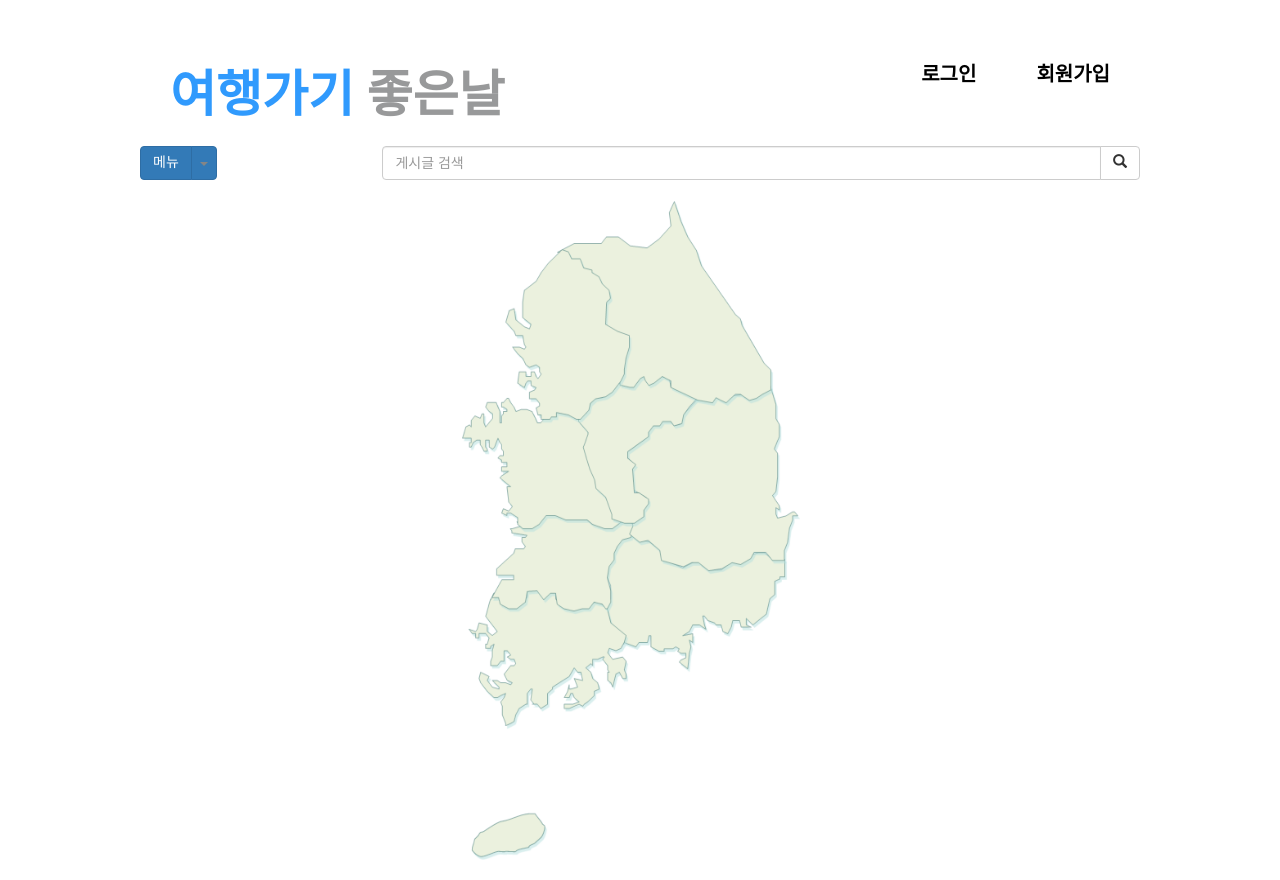
Repository: Hotmintchoco/teamProject1
Page: http://localhost/tripProject/mypage.jsp
These files come from the project's save history. The page is drawn as it stood at one moment and after the next save; the edit follows.
The browser window is 1280 px wide. The pictures show the whole page.
Some web fonts or font styles are not loaded; a fallback is used. The page is served by Tomcat 9. Nobody is signed in. The application's start-up code is not run. Other server files are loaded and not shown.

Above is the page before, as saved 2022-07-02 11:39:59.

### tripProject/src/main/webapp/mypage.jsp
<%@ page language="java" contentType="text/html; charset=UTF-8"
    pageEncoding="UTF-8"%>
<!DOCTYPE html>
<html>
<head>
<meta charset="UTF-8">
    <meta name="viewport" content="width=device-width, initial-scale=1.0">
    <title>여행가기 좋은날</title>
    <link rel="preconnect" href="https://fonts.googleapis.com">
	<link rel="preconnect" href="https://fonts.gstatic.com" crossorigin>
	<link href="https://fonts.googleapis.com/css2?family=Gugi&display=swap" rel="stylesheet">
    <link rel="stylesheet" href="fontawesome/css/all.min.css"> <!-- https://fontawesome.com/ -->
    <link rel="stylesheet" href="css/magnific-popup.css">
    <link rel="stylesheet" href="css/templatemo-ocean-vibes.css">
    <link rel="stylesheet" href="https://maxcdn.bootstrapcdn.com/bootstrap/3.4.1/css/bootstrap.min.css">
    <script src="https://ajax.googleapis.com/ajax/libs/jquery/3.6.0/jquery.min.js"></script>
  	<script src="https://maxcdn.bootstrapcdn.com/bootstrap/3.4.1/js/bootstrap.min.js"></script>

    <style>
    	* {font-family: 'Gugi', cursive}
        ul,ol.li {list-style: none; margin: 0; padding: 0;}
        nav {width: 1000px; height: 50px; margin:0 auto;}
	    nav > ul > li > a {float: right; color: black; font-size: 20px;
            text-decoration: none; margin: 0px 30px 0 30px;
            font-weight: bold;}
        #slider {width: 1000px; height: 700px; margin: 0 auto;}
        #slider > img {margin-left: 250px;}
        .tm-mt-0 {float: left; font-size: 50px;}
        #menubar {width: 1000px; margin: 0 auto;}
    </style>
</head>
<body>
    <header class="tm-site-header">
        <div>
            <nav>
                <ul>
                    <li><a href="#">회원가입</a></li>
                    <li><a href="#">로그인</a></li>
                    <li><a href="mypage.jsp" class="tm-mt-0 tm-mb-15"><span class="tm-color-primary">여행가기</span> <span class="tm-color-gray-2">좋은날</span></a></li>
                </ul>
            </nav>
        </div>
    </header>
    <div id="menubar">
		<table style="width: 100%;">
			<tbody>
				<tr style="width: 100%;">
					<td style="width: 24%;">
						<div class="btn-group">
							<button type="button" class="btn btn-primary">메뉴</button>
							<button type="button" class="btn btn-primary dropdown-toggle"
								data-toggle="dropdown">
								<span class="caret"></span>
							</button>
							<ul class="dropdown-menu" role="menu">
								<li><a href="#">코스</a></li>
								<li><a href="#">축제</a></li>
								<li><a href="#">이벤트</a></li>
							</ul>
						</div>
					</td>
					<td style="width: 75%;">
					<form action="memberForm.jsp">
						<div class="input-group">
							<input type="text" class="form-control" name="search"
								placeholder="게시글 검색">
							<div class="input-group-btn">
								<button class="btn btn-default" type="submit">
									<i class="glyphicon glyphicon-search"></i>
								</button>
							</div>
						</div>
					</form>
					</td>
				</tr>
			</tbody>
		</table>
    </div>

	<div id="slider">
        <img src="img/koreaMap2.png" alt="Map" width="450px" height="700px">
    </div>

    <script src="js/jquery-3.4.1.min.js"></script>
    <script src="js/imagesloaded.pkgd.min.js"></script>
    <script src="js/isotope.pkgd.min.js"></script>
    <script src="js/jquery.magnific-popup.min.js"></script>
    <script src="js/templatemo-script.js"></script>
</body>
</html>

### tripProject/src/main/webapp/css/templatemo-ocean-vibes.css
/*

TemplateMo 554 Ocean Vibes

https://templatemo.com/tm-554-ocean-vibes

*/

html { overflow-x: hidden; }

body {
    font-family: 'Source Sans Pro', sans-serif;
    font-size: 19px;
    line-height: 1.8em;
    overflow-x: hidden;
}

p, span, em, a, address { color: #848586; }
h2, p {
    margin-top: 0;
}

a:hover, a.active { color: #309AFD; }

.tm-btn {
    padding: 10px 40px;
    color: white;
    background-color: #3299CD;
    display: inline-block;
    border: none;
    cursor: pointer;
    font-size: 1.2rem;
    transition: all 0.3s ease;
}

button.tm-btn {
    padding: 15px 40px;
}

.tm-btn:hover {
    color: white;
    background-color: #49b4e9;
}

h1 { font-size: 3rem; }
em { display: block; }
div { box-sizing: border-box;}
.tm-mt-35 { margin-top: 35px; }
.tm-mb-0 { margin-bottom: 0; }
.tm-mb-15 { margin-bottom: 15px; }
.tm-mb-30 { margin-bottom: 30px; }
.tm-mb-40 { margin-bottom: 40px; }
.tm-mb-50 { margin-bottom: 50px; }
.tm-mb-80 { margin-bottom: 80px; }
.tm-text-center { text-align: center; }
.tm-text-right { text-align: right; }
.tm-color-primary { color: #309AFD; }
.tm-color-gray { color: #666768; }
.tm-color-gray-2 { color: #98999A; }
.tm-color-light-gray { color: #9E9FA0; }
.tm-bg-white { background-color: #FFF; }
.tm-bg-gray { background-color: #F1F2F3; }
blockquote { margin: 0 0 30px 10px; }
img { max-width: 100%; }
.tm-page-title { font-size: 30px; }

body, ul {
    margin: 0;
    padding: 0;
}

a {
    text-decoration: none;
    transition: all 0.3s ease;
}

.tm-mt-0 { margin-top: 0; }

.tm-site-header {
    padding: 60px 70px 30px;
}

.tm-tagline {
    font-size: 1.5rem;
    margin-left: 130px;
}

#tm-video-container {
    max-height: 400px;
    overflow: hidden;
    background-color: #333;
    margin-bottom: 90px;
    position: relative;
}

#tm-video {
    width: 100%;
    height: auto;
}

#tm-video-control-button {
    position: absolute;
    bottom: 20px;
    right: 20px;
    z-index: 1000;
    color: #e1e1e1;
}

.tm-nav-item {
    list-style: none;
    margin: 22px;
}

.tm-nav-link {
    display: flex;
    align-items: center;
    flex-direction: column;
    width: 200px;
    height: 200px;
    padding: 30px;
    border: 1px solid #D2D3D4;
    color: #999;
    box-sizing: border-box;
}

.tm-nav-link:hover,
.tm-nav-link.active {
    color: #309AFD;
}

.tm-nav-link i {
    margin-top: 30px;
    color: #309AFD;
}

.tm-main-nav ul {
    display: flex;
    flex-wrap: wrap;
    margin-left: auto;
    margin-right: auto;
}

.tm-container {
    max-width: 1254px;
    padding-left: 15px;
    padding-right: 15px;
    margin: 0 auto 135px;
}

.tm-footer {
    display: flex;
    justify-content: space-between;
    padding: 25px;
    font-size: 0.9em;
}

.tm-close-popup {
    text-align: right;
    display: block;
}

.tm-close-popup i {
    margin-left: 10px;
    margin-right: 10px;
}

.tm-row {
    display: flex;
}

.tm-col-6 {
    flex: 0 0 50%;
}

.tm-intro-pad {
    padding: 40px 55px 50px;
}

.tm-intro-col-l {
    margin-right: 40px;
}

/* text-based popup styling */
.popup {
    position: relative;
    padding: 12px 10px 35px;
    width:auto;
    max-width: 1200px;
    margin: 0 auto;
}

/*

====== Move-from-top effect ======

*/
.mfp-move-from-top .mfp-with-anim {
    opacity: 0;
    transition: all 0.2s;
    transform: translateY(-100px);
}
.mfp-move-from-top.mfp-bg {
    opacity: 0;
    transition: all 0.2s;
}
.mfp-move-from-top.mfp-ready .mfp-with-anim {
    opacity: 1;
    transform: translateY(0);
}
.mfp-move-from-top.mfp-ready.mfp-bg {
    opacity: 0.8;
}
.mfp-move-from-top.mfp-removing .mfp-with-anim {
    transform: translateY(-50px);
    opacity: 0;
}
.mfp-move-from-top.mfp-removing.mfp-bg {
    opacity: 0;
}

button.mfp-arrow {
    display: none;
}

/* Intro */
.tm-intro-img {
    max-width: 300px;
    max-height: 600px;
}

/* Gallery */
.tm-gallery {
    flex: 0 0 68%;
    margin: 0 20px;
}

.tm-gallery-container {
    position: relative;
    max-width: 800px;
    margin: 0 -10px;
	list-style: none;
    text-align: center;
}

.tm-paging {
    overflow: auto;
    margin-top: 25px;
}

.tm-paging li {
    list-style: none;
}

.tm-paging-link {
    display: flex;
    float: left;
    width: 40px;
    height: 40px;
    align-items: center;
    justify-content: center;
    background: white;
    color: #999;
    margin-right: 15px;
    margin-bottom: 15px;
}

a.tm-paging-link.active,
a.tm-paging-link:hover {
    background: #309AFD;
    color: white;
}

.tm-gallery-right {
    flex: 0 0 26%;
    margin-left: 15px;
}

.tm-gallery-links {
    margin-left: 35px;
    margin-bottom: 55px;
}

.tm-gallery-links li {
    list-style: none;
    margin-bottom: 20px;
}

.tm-gallery-link-icon {
    display: inline-block;
    width: 30px;
}

.tm-gallery-item {
    overflow: hidden;
    margin: 15px 10px;
    min-width: 180px;
    max-width: 180px;
    max-height: 240px;
    width: 25%;
    background: #3085a3;
    text-align: center;
    cursor: pointer;
}

.tm-gallery-container figure img {
    position: relative;
    display: block;
    min-height: 100%;
    max-width: 100%;
    opacity: 0.9;
}

.tm-gallery-container figure figcaption {
	padding: 2em;
	color: #fff;
	text-transform: uppercase;
	font-size: 1.25em;
	-webkit-backface-visibility: hidden;
	backface-visibility: hidden;
}

.tm-gallery-container figure figcaption::before,
.tm-gallery-container figure figcaption::after {
	pointer-events: none;
}

.tm-gallery-container figure figcaption,
.tm-gallery-container figure figcaption > a {
	position: absolute;
	top: 0;
	left: 0;
	width: 100%;
	height: 100%;
}

/* Anchor will cover the whole item by default */
/* For some effects it will show as a button */
.tm-gallery-container figure h2 {
	word-spacing: -0.15em;
	font-weight: 300;
}

.tm-gallery-container figure h2 span {
	font-weight: 800;
}

.tm-gallery-container figure h2,
.tm-gallery-container figure p {
	margin: 0;
}

.tm-gallery-container figure p {
	letter-spacing: 1px;
	font-size: 68.5%;
}

/*---------------*/
/***** Chico *****/
/*---------------*/

figure.effect-chico img {
	-webkit-transition: opacity 0.35s, -webkit-transform 0.35s;
	transition: opacity 0.35s, transform 0.35s;
	-webkit-transform: scale(1.12);
	transform: scale(1.12);
}

figure.effect-chico:hover img {
	opacity: 0.5;
	-webkit-transform: scale(1);
	transform: scale(1);
}

figure.effect-chico figcaption {
    padding: 1em;
    box-sizing: border-box;
    display: flex;
    align-items: center;
}

figure.effect-chico figcaption::before {
	position: absolute;
	top: 15px;
	right: 15px;
	bottom: 15px;
	left: 15px;
	border: 1px solid #fff;
	content: '';
	-webkit-transform: scale(1.1);
	transform: scale(1.1);
}

figure.effect-chico figcaption::before,
figure.effect-chico p {
	opacity: 0;
	-webkit-transition: opacity 0.35s, -webkit-transform 0.35s;
	transition: opacity 0.35s, transform 0.35s;
}

figure.effect-chico h2 {
	padding: 20% 0 20px 0;
}

figure.effect-chico p {
    color: white;
	margin: 0 auto;
	max-width: 200px;
	-webkit-transform: scale(1.5);
	transform: scale(1.5);
}

figure.effect-chico:hover figcaption::before,
figure.effect-chico:hover p {
	opacity: 1;
	-webkit-transform: scale(1);
	transform: scale(1);
}

/* Testimonials */
.tm-testimonials-inner {
    padding: 0 20px 30px;
}

.tm-testimonial-col {
    flex: 0 0 33.3334%;
    padding-left: 20px;
    padding-right: 20px;
}

/* About */
.mapouter{
    position:relative;
    height:250px;
    width:100%;
}

.gmap_canvas {
    overflow:hidden;
    background:none!important;
    height:250px;
    width:100%;
}
.tm-contact-row {
    max-width: 1045px;
}
.tm-about-col {
    margin-left: 40px;
    margin-right: 40px;
    max-width: 500px;
}

/* Contact */
#contact {
    padding-bottom: 65px;
}
.tm-contact-col {
    flex: 0 0 50%;
    padding-left: 40px;
}

.tm-contact-col-r {
    padding-left: 0;
    padding-right: 30px;
}

.tm-contact-form {
    max-width: 350px;
    margin-left: 40px;
    margin-right: 40px;
}

.form-control {
    font-family: 'Source Sans Pro', sans-serif;
    font-size: 1.2rem;
    border: 1px solid #D5D6D7;
    box-sizing: border-box;
    padding: 15px;
    width: 100%;
}

.form-group {
    margin-bottom: 25px;
}

select:not([multiple]) {
    -webkit-appearance: none;
    -moz-appearance: none;
    background-position: right 15px center;
    background-repeat: no-repeat;
    background-image: url(../img/select-arrow.png);
    padding: 14px 20px;
    padding-right: 20px;
    color: #666;
}

.tm-contact-links li {
    list-style: none;
    margin-bottom: 10px;
}

.tm-contact-link-icon {
    margin-right: 15px;
}

address {
    font-style: normal;
}

@media (max-width: 850px) {
    .tm-contact-row {
        flex-direction: column;
    }

    .tm-contact-col {
        flex: 0 0 100%;
        max-width: 100%;
        padding-left: 30px;
        padding-right: 30px;
    }

    .tm-contact-form {
        max-width: 100%;
        margin-left: 0;
        margin-right: 0;
        margin-bottom: 50px;
    }
}

@media (max-width: 700px) {
    .tm-about-row {
        flex-direction: column;
    }
    .tm-about-col {
        flex: 0 0 100%;
    }
}

@media (max-width: 1264px) {
    .tm-main-nav ul {
        max-width: 976px;
    }
}

@media (max-width: 1020px) {
    .tm-main-nav ul {
        max-width: 732px;
    }
}

@media (max-width: 776px) {
    .tm-main-nav ul {
        max-width: 488px;
    }
}

@media (max-width: 532px) {
    .tm-main-nav ul {
        max-width: 244px;
    }
}

@media (max-width: 992px) {
    .tm-testimonial-row {
        flex-wrap: wrap;
    }
    .tm-testimonial-col {
        flex: 100%;
        margin-bottom: 50px;
    }

    .tm-testimonial-col:last-child {
        margin-bottom: 0;
    }

    .tm-testimonial-col-2 {
        flex: 50%;
    }
}

@media (max-width: 635px) {
    .tm-testimonial-col-2 {
        flex: 100%;
    }
}

@media (max-width: 902px) {
    .tm-gallery {
        flex: 0 0 50%;
    }
    .tm-gallery-right {
        flex: 0 0 38%;
    }
}

@media (max-width: 805px) {
    .tm-gallery-row {
        flex-direction: column-reverse;
    }
    .tm-gallery {
        flex: 0 0 100%;
    }
    .tm-gallery-right {
        flex: 0 0 100%;
        margin-left: 20px;
        margin-right: 20px;
    }

    .tm-gallery-right-inner {
        display: flex;
        flex-direction: column-reverse;
    }

    .tm-gallery-links {
        display: flex;
        flex-wrap: wrap;
        margin-top: 20px;
        margin-bottom: 0;
        margin-left: 0;
    }

    .tm-gallery-links li {
        margin-right: 20px;
    }
}

@media (max-width: 850px) {
    .tm-content-row {
        flex-direction: column;
    }

    .tm-intro-col-l {
        margin-right: 0;
    }
}

@media (max-width: 650px) {
    .tm-intro-row {
        flex-direction: column;
    }

    .tm-intro-img {
        max-width: 100%;
        max-height: none;
    }
}

@media (max-width: 540px) {
    .tm-footer {
        flex-direction: column;
        align-items: center;
    }
}

@media (max-width: 558px) {
    .tm-site-header {
        padding-left: 30px;
        padding-right: 30px;
    }

    .tm-tagline {
        margin-left: 30px;
    }
}

### tripProject/src/main/webapp/js/templatemo-script.js
/**
 * Credits
 * Isotope with paging: https://codepen.io/TimRizzo/details/ervrRq
 * CSS3 animation effects for Magnific Popup: https://codepen.io/dimsemenov/pen/GAIkt
 */

$(document).ready(function () {

    /*************** Gallery ******************/

    var itemSelector = ".tm-gallery-item";
    var responsiveIsotope = [ [480, 4], [720, 6] ];
    var itemsPerPageDefault = 8;
    var itemsPerPage = defineItemsPerPage();
    var currentNumberPages = 1;
    var currentPage = 1;
    var currentFilter = '*';
    var filterValue = "";
    var pageAttribute = 'data-page';
    var pagerClass = 'isotope-pager';
    var $container = $('.tm-gallery-container').isotope({
        itemSelector: itemSelector
    });

    function adjustGalleryLayout(currentPopup) {
        if(currentPopup == 'gallery') {
            // layout Isotope after each image loads
            $container.imagesLoaded().progress( function() {
                $container.isotope('layout');
            });
        }
    }

    /************** Popup *****************/

    $('#inline-popups').magnificPopup({
        delegate: 'a',
        removalDelay: 500, //delay removal by X to allow out-animation
        callbacks: {
            beforeOpen: function() {
                this.st.mainClass = this.st.el.attr('data-effect');
            },
            open: function() {
                adjustGalleryLayout($.magnificPopup.instance.content.attr('id'));
            }
        },
        midClick: true, // allow opening popup on middle mouse click. Always set it to true if you don't provide alternative source.
        showCloseBtn: false
    });

    $('.tm-close-popup').on( "click", function() {
        $.magnificPopup.close();
    });

    var popupInstance = $.magnificPopup.instance;

    $('.tm-btn-next').on("click", function(e) {
        popupInstance.next();
        adjustGalleryLayout(popupInstance.content.attr('id'));
    });

    $('.tm-btn-contact').on("click", function(e) {
        popupInstance.goTo(4);
    })

    // update items based on current filters
    function changeFilter(selector) { $container.isotope({ filter: selector }); }

    // grab all checked filters and goto page on fresh isotope output
    function goToPage(n) {
        currentPage = n;
        var selector = itemSelector;
        var exclusives = [];

        if(currentFilter != '*') {
            exclusives.push(selector + '.' + currentFilter);
        }

        // smash all values back together for 'and' filtering
        filterValue = exclusives.length ? exclusives.join('') : '*';

        // add page number to the string of filters
        var wordPage = currentPage.toString();
        filterValue += ('.'+wordPage);
        changeFilter(filterValue);
    }

    // determine page breaks based on window width and preset values
    function defineItemsPerPage() {
        var pages = itemsPerPageDefault;

        for( var i = 0; i < responsiveIsotope.length; i++ ) {
            if( $(window).width() <= responsiveIsotope[i][0] ) {
                pages = responsiveIsotope[i][1];
                break;
            }
        }
        return pages;
    }

    function setPagination() {

        var SettingsPagesOnItems = function(){
            var itemsLength = $container.children(itemSelector).length;
            var pages = Math.ceil(itemsLength / itemsPerPage);
            var item = 1;
            var page = 1;
            var selector = itemSelector;
            var exclusives = [];

                if(currentFilter != '*') {
                    exclusives.push(selector + '.' + currentFilter);
                }

                // smash all values back together for 'and' filtering
                filterValue = exclusives.length ? exclusives.join('') : '*';

                // find each child element with current filter values
                $container.children(filterValue).each(function(){
                    // increment page if a new one is needed
                    if( item > itemsPerPage ) {
                        page++;
                        item = 1;
                    }
                    // add page number to element as a class
                    wordPage = page.toString();

                    var classes = $(this).attr('class').split(' ');
                    var lastClass = classes[classes.length-1];
                    // last class shorter than 4 will be a page number, if so, grab and replace
                    if(lastClass.length < 4){
                        $(this).removeClass();
                        classes.pop();
                        classes.push(wordPage);
                        classes = classes.join(' ');
                        $(this).addClass(classes);
                    } else {
                        // if there was no page number, add it
                       $(this).addClass(wordPage);
                    }
                    item++;
                });
            currentNumberPages = page;
        }();

        // create page number navigation
        var CreatePagers = function() {

            var $isotopePager = ( $('.'+pagerClass).length == 0 ) ? $('<div class="'+pagerClass+' tm-paging"></div>') : $('.'+pagerClass);

            $isotopePager.html('');
            if(currentNumberPages > 1){
                for( var i = 0; i < currentNumberPages; i++ ) {
                    var $pager = '';

                    if(currentPage == i+1) {
                        $pager = $('<a href="javascript:void(0);" class="pager active tm-paging-link" '+pageAttribute+'="'+(i+1)+'"></a>');
                    } else {
                        $pager = $('<a href="javascript:void(0);" class="pager tm-paging-link" '+pageAttribute+'="'+(i+1)+'"></a>');
                    }

                    $pager.html(i+1);

                    $pager.click(function(){
                        $('.tm-paging-link').removeClass('active');
                        $(this).addClass('active');
                        var page = $(this).eq(0).attr(pageAttribute);
                        goToPage(page);
                    });
                    $pager.appendTo($isotopePager);
                }
            }
            $container.after($isotopePager);
        }();
    }

    setPagination();
    goToPage(1);

    //event handlers
    $('.tm-gallery-link').click(function(e) {
        var filter = $(this).data('filter');
        currentFilter = filter;
        setPagination();
        goToPage(1);
        $('.tm-gallery-link').removeClass('active');
        $(e.target).addClass('active');
    })

    //Handle window resize
    $(window).resize(function(){
        itemsPerPage = defineItemsPerPage();
        setPagination();
        goToPage(1);
    });

    /************** Video background *********/

    function setVideoSize() {
        const vidWidth = 1280;
        const vidHeight = 720;
        const maxVidHeight = 400;
        let windowWidth = window.innerWidth;
        let newVidWidth = windowWidth;
        let newVidHeight = windowWidth * vidHeight / vidWidth;
        let marginLeft = 0;
        let marginTop = 0;

        if (newVidHeight < maxVidHeight) {
            newVidHeight = maxVidHeight;
            newVidWidth = newVidHeight * vidWidth / vidHeight;
        }

        if(newVidWidth > windowWidth) {
            marginLeft = -((newVidWidth - windowWidth) / 2);
        }

        if(newVidHeight > maxVidHeight) {
            marginTop = -((newVidHeight - $('#tm-video-container').height()) / 2);
        }

        const tmVideo = $('#tm-video');

        tmVideo.css('width', newVidWidth);
        tmVideo.css('height', newVidHeight);
        tmVideo.css('margin-left', marginLeft);
        tmVideo.css('margin-top', marginTop);
    }

    setVideoSize();

    // Set video background size based on window size
    let timeout;
    window.onresize = function () {
        clearTimeout(timeout);
        timeout = setTimeout(setVideoSize, 100);

        adjustIntroImg();
    };

    // Play/Pause button for video background
    const btn = $("#tm-video-control-button");

    btn.on("click", function (e) {
        const video = document.getElementById("tm-video");
        $(this).removeClass();

        if (video.paused) {
            video.play();
            $(this).addClass("fas fa-pause");
        } else {
            video.pause();
            $(this).addClass("fas fa-play");
        }
    });


    // Adjust intro image based on the screen size
    adjustIntroImg();

    function adjustIntroImg() {
        var img = 'img/';

        if(window.innerWidth > 650) {
            img += 'intro.jpg';
        } else {
            img += 'intro-big.jpg';
        }

        $('.tm-intro-img').attr('src', img);
    }
});

Loaded but not shown: tripProject/src/main/webapp/fontawesome/css/all.min.css (library); tripProject/src/main/webapp/css/magnific-popup.css (library); tripProject/src/main/webapp/js/jquery-3.4.1.min.js (library); tripProject/src/main/webapp/js/imagesloaded.pkgd.min.js (library); tripProject/src/main/webapp/js/isotope.pkgd.min.js (library); tripProject/src/main/webapp/js/jquery.magnific-popup.min.js (library)

After the next save:
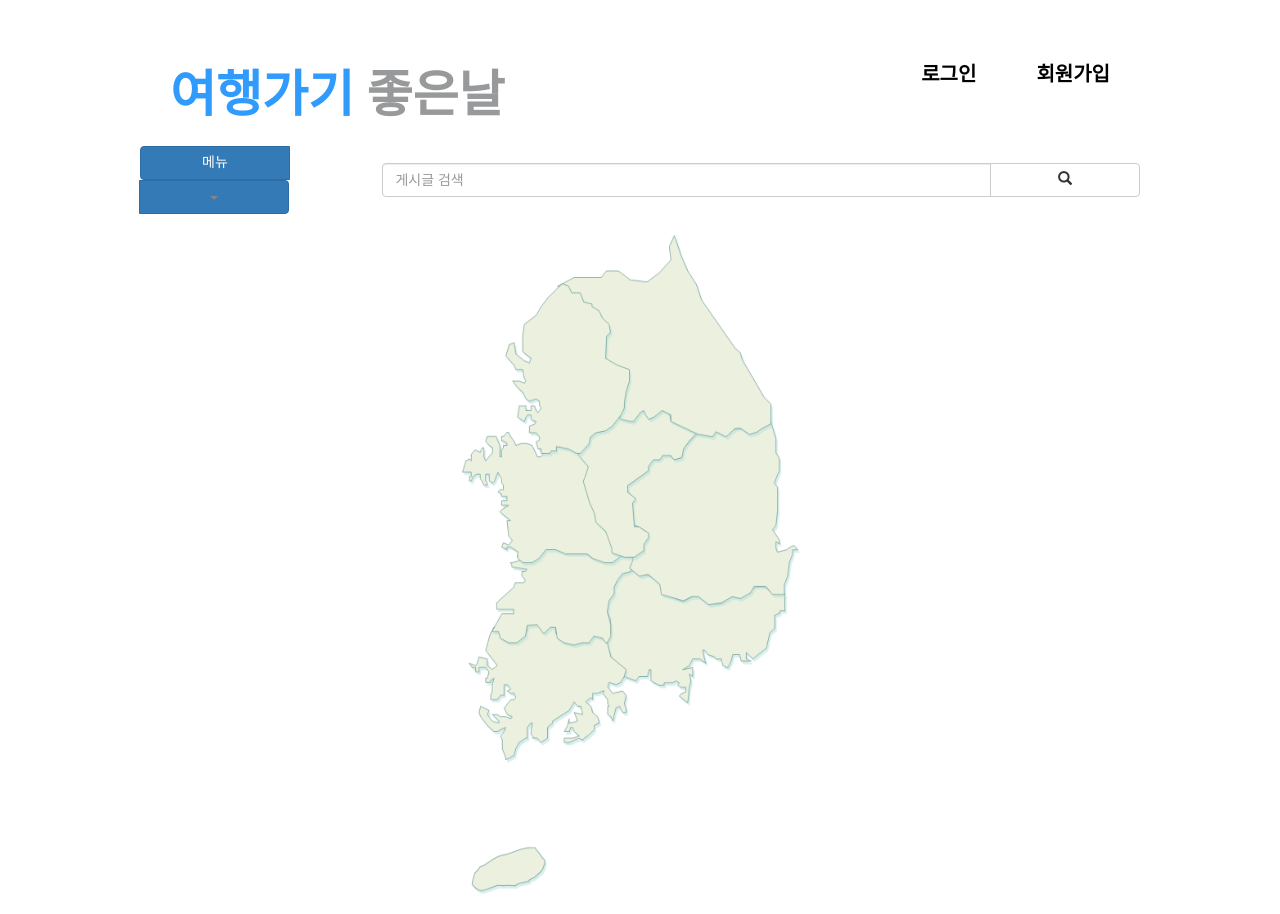
Saved 106 s later.
--- a/tripProject/src/main/webapp/mypage.jsp
+++ b/tripProject/src/main/webapp/mypage.jsp
@@ -27,6 +27,7 @@
         #slider > img {margin-left: 250px;}
         .tm-mt-0 {float: left; font-size: 50px;}
         #menubar {width: 1000px; margin: 0 auto;}
+        .btn {width: 150px;}
     </style>
 </head>
 <body>
